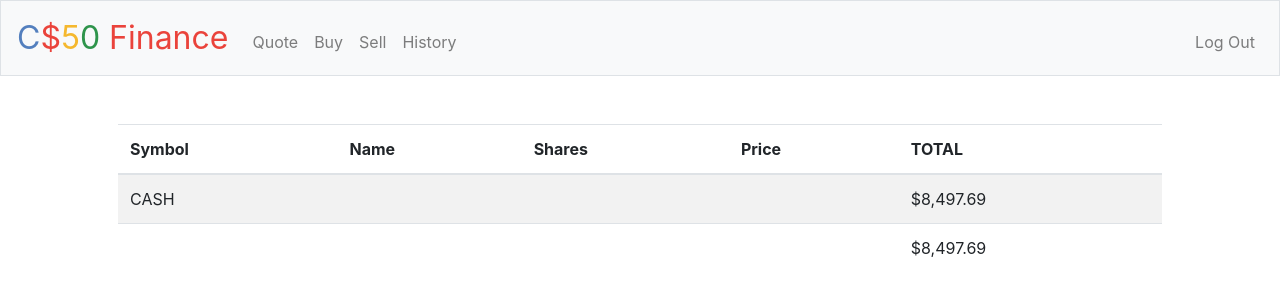
Repository: jpl0pes/cs50problems
Page: http://localhost/
The author's editor kept a record of every edit. The page is drawn from the files as they stood at one moment, then again after the next edit.
The browser window is 1280 px wide. The pictures show the whole page.
The page is served by the project's application, run on Flask 3 (pset9/finance/application.py). The session is filled in as if someone had signed in: {"user_id": 1}. The page reads the database file committed with the project.

Above is the page before.

### pset9/finance/templates/index.html
{% extends "layout.html" %}

{% block title %}
    Index
{% endblock %}

{% block main %}

    <table class="table table-striped" style="text-align: left;">
        <thead>
            <tr>
                <th>Symbol</th>
                <th>Name</th>
                <th>Shares</th>
                <th>Price</th>
                <th>TOTAL</th>
            </tr>
        </thead>
        <tfoot>
            <tr>
                <td colspan="4"></td>
                <td>{{ total_portfolio }}</td>
            </tr>
        </tfoot>
        <tbody>
            {% for holding in portfolio_list %}
            <tr>
                {% for item in holding.values() %}
                <td>{{ item }}</td>
                {% endfor %}
                <td>SELL BUTTON/td>
            </tr>
            {% endfor %}
            <tr>
                <td colspan="4">CASH</td>
                <td>{{cash}}</td>
            </tr>
        </tbody>
    </table>
{% endblock %}

### pset9/finance/templates/layout.html
<!DOCTYPE html>

<html lang="en">

    <head>

        <!-- Required meta tags -->
        <meta charset="utf-8">
        <meta name="viewport" content="width=device-width, initial-scale=1, shrink-to-fit=no">

        <!-- documentation at http://getbootstrap.com/docs/4.1/, alternative themes at https://bootswatch.com/ -->
        <link href="https://maxcdn.bootstrapcdn.com/bootstrap/4.1.3/css/bootstrap.min.css" rel="stylesheet">

        <!-- https://favicon.io/emoji-favicons/money-mouth-face/ -->
        <link href="/static/favicon.ico" rel="icon">

        <link href="/static/styles.css" rel="stylesheet">

        <script src="https://code.jquery.com/jquery-3.3.1.min.js"></script>
        <script src="https://cdnjs.cloudflare.com/ajax/libs/popper.js/1.14.3/umd/popper.min.js"></script>
        <script src="https://maxcdn.bootstrapcdn.com/bootstrap/4.1.3/js/bootstrap.min.js"></script>

        <title>C$50 Finance: {% block title %}{% endblock %}</title>

    </head>

    <body>

        <nav class="navbar navbar-expand-md navbar-light bg-light border">
            <a class="navbar-brand" href="/"><span class="blue">C</span><span class="red">$</span><span class="yellow">5</span><span class="green">0</span> <span class="red">Finance</span></a>
            <button aria-controls="navbar" aria-expanded="false" aria-label="Toggle navigation" class="navbar-toggler" data-target="#navbar" data-toggle="collapse" type="button">
                <span class="navbar-toggler-icon"></span>
            </button>
            <div class="collapse navbar-collapse" id="navbar">
                {% if session.user_id %}
                    <ul class="navbar-nav mr-auto mt-2">
                        <li class="nav-item"><a class="nav-link" href="/quote">Quote</a></li>
                        <li class="nav-item"><a class="nav-link" href="/buy">Buy</a></li>
                        <li class="nav-item"><a class="nav-link" href="/sell">Sell</a></li>
                        <li class="nav-item"><a class="nav-link" href="/history">History</a></li>
                    </ul>
                    <ul class="navbar-nav ml-auto mt-2">
                        <li class="nav-item"><a class="nav-link" href="/logout">Log Out</a></li>
                    </ul>
                {% else %}
                    <ul class="navbar-nav ml-auto mt-2">
                        <li class="nav-item"><a class="nav-link" href="/register">Register</a></li>
                        <li class="nav-item"><a class="nav-link" href="/login">Log In</a></li>
                    </ul>
                {% endif %}
            </div>
        </nav>

        {% if get_flashed_messages() %}
            <header>
                <div class="alert alert-primary border text-center" role="alert">
                    {{ get_flashed_messages() | join(" ") }}
                </div>
            </header>
        {% endif %}

        <main class="container p-5">
            {% block main %}{% endblock %}
        </main>

        <footer class="small text-center text-muted">
        </footer>

    </body>

</html>

### pset9/finance/application.py
import os

from cs50 import SQL
from flask import Flask, flash, jsonify, redirect, render_template, request, session
from flask_session import Session
from tempfile import mkdtemp
from werkzeug.exceptions import default_exceptions, HTTPException, InternalServerError
from werkzeug.security import check_password_hash, generate_password_hash

from helpers import apology, login_required, lookup, usd

# Configure application
app = Flask(__name__)

# Ensure templates are auto-reloaded
app.config["TEMPLATES_AUTO_RELOAD"] = True

# Ensure responses aren't cached
@app.after_request
def after_request(response):
    response.headers["Cache-Control"] = "no-cache, no-store, must-revalidate"
    response.headers["Expires"] = 0
    response.headers["Pragma"] = "no-cache"
    return response

# Custom filter
app.jinja_env.filters["usd"] = usd

# Configure session to use filesystem (instead of signed cookies)
app.config["SESSION_FILE_DIR"] = mkdtemp()
app.config["SESSION_PERMANENT"] = False
app.config["SESSION_TYPE"] = "filesystem"
Session(app)

# Configure CS50 Library to use SQLite database
db = SQL("sqlite:///finance.db")

# Make sure API key is set
##if not os.environ.get("API_KEY"):
    ##raise RuntimeError("API_KEY not set")

alert = "buy"

@app.route("/", methods=["GET","POST"])
@login_required
def index():
    """Show portfolio of stocks"""

    if request.method == "GET":
        portfolio_list= []

        ##Get all the Symbols and Names
        symbols_list = db.execute("SELECT DISTINCT(stock_symbol) FROM transactions WHERE user_id = :user_id",\
        user_id = session["user_id"])
        ##print(symbols_list)
        ##print(session["user_id"])
        ##print(len(symbols_list))

        ##Define total portfolio variable
        total_portfolio = 0

        ##Get quantity for each symbol and price
        for i in range(len(symbols_list)):

            ##get name
            list_name = db.execute("SELECT DISTINCT(stock_name) as 'name' FROM transactions WHERE user_id = :user_id AND stock_symbol = :stock_symbol",\
            user_id = session["user_id"], stock_symbol = symbols_list[i]["stock_symbol"])
            name = list_name[0]["name"]
            ##print(name, i)

            ##get quantity
            list_shares = db.execute("SELECT sum(stock_qty) as 'quantity' FROM transactions WHERE user_id = :user_id AND stock_symbol = :stock_symbol",\
            user_id = session["user_id"], stock_symbol = symbols_list[i]["stock_symbol"])
            shares = list_shares[0]["quantity"]

            ##get prices & Total
            price = lookup(symbols_list[i]["stock_symbol"])["price"]
            total = price * shares
            total_portfolio = total_portfolio + total

            ##put in list
            if shares != 0:
                portfolio_list.append( {
                    "symbol": symbols_list[i]["stock_symbol"],
                    "name": name,
                    "shares": shares,
                    "price": usd(price),
                    "total": usd(total)
            }
            )

        cash = db.execute("SELECT cash FROM users WHERE id= :id", id = session["user_id"])[0]["cash"]
        total_portfolio = total_portfolio + cash

        ##print(cash)
        ##print(portfolio_list)
        ##print(total_portfolio)
        return render_template("index.html",portfolio_list = portfolio_list, cash = usd(cash), total_portfolio = usd(total_portfolio))


        ##Update Users Table
        db.execute("UPDATE users SET cash = :cash WHERE id = :user_id", cash = cash + total, user_id = session["user_id"])
        flash("Sold!")
        return redirect("/")

        ##return apology("TODO INDEX")


@app.route("/buy", methods=["GET", "POST"])
@login_required
def buy():
    """Buy shares of stock"""
    if request.method == "GET":
        return render_template("buy.html")
    else:
        # Ensure symbol was submitted
        if not request.form.get("symbol"):
            return apology("must provide valid symbol", 403)
        # Ensure quantity was submitted
        elif not request.form.get("quantity"):
            return apology("must provide valid number of shares", 403)


        ##get symbol and lookup on the API
        symbol = request.form.get("symbol")
        stockarr = lookup(symbol)

        ##hanlde if lookup return none
        if stockarr == None:
            return apology("Invalid Symbol of Stock")

        ##Check how much is the purchase
        quantity = float(request.form.get("quantity"))
        price = float(stockarr["price"])
        total = price * quantity
        name = stockarr["name"]

        ##Check if the user has enought cash
        tmplist = db.execute("SELECT cash FROM users WHERE id = ?",session["user_id"])
        user_cash = tmplist[0]["cash"]

        if user_cash > total:
            ##Insert Transactions into Tx table
            db.execute (
                "INSERT INTO transactions (user_id, stock_symbol, stock_name, stock_price, stock_qty)\
                VALUES(:user_id, :stock_symbol, :stock_name, :stock_price, :stock_qty)",\
                user_id = session["user_id"], stock_symbol = symbol, stock_name = name, stock_price = price, stock_qty = quantity
            )

            ##Update Users Table
            db.execute("UPDATE users SET cash = :cash WHERE id = :user_id", cash = user_cash - total, user_id = session["user_id"])

            ##Need to add the alert that is bought!
            flash("Bought!")
            return redirect("/")

        else:
            return apology("Not enough $$$")

    ##return apology("TODO")


@app.route("/history")
@login_required
def history():
    """Show history of transactions"""

    transaction_list = db.execute("SELECT stock_symbol, stock_qty, stock_price, timestamp FROM transactions WHERE user_id = :user_id",\
    user_id = session["user_id"])
    ##print(transaction_list)
    return render_template("history.html", transaction_list = transaction_list)



    ##return apology("TODO History PAge")


@app.route("/login", methods=["GET", "POST"])
def login():
    """Log user in"""

    # Forget any user_id
    session.clear()

    # User reached route via POST (as by submitting a form via POST)
    if request.method == "POST":

        # Ensure username was submitted
        if not request.form.get("username"):
            return apology("must provide username", 403)

        # Ensure password was submitted
        elif not request.form.get("password"):
            return apology("must provide password", 403)

        # Query database for username
        rows = db.execute("SELECT * FROM users WHERE username = :username",
                          username=request.form.get("username"))

        # Ensure username exists and password is correct
        if len(rows) != 1 or not check_password_hash(rows[0]["hash"], request.form.get("password")):
        ##if len(rows) != 1 or rows[0]["hash"] != request.form.get("password"):
            return apology("invalid username and/or password", 403)

        # Remember which user has logged in
        session["user_id"] = rows[0]["id"]

        # Redirect user to home page
        return redirect("/")

    # User reached route via GET (as by clicking a link or via redirect)
    else:
        return render_template("login.html")


@app.route("/logout")
def logout():
    """Log user out"""

    # Forget any user_id
    session.clear()

    # Redirect user to login form
    return redirect("/")


@app.route("/quote", methods=["GET", "POST"])
@login_required
def quote():
    """Get stock quote."""
    if request.method == "GET":
        return render_template("quote.html")
    else:

        ##get symbol and lookup on the API
        symbol = request.form.get("symbol")
        stockarr = lookup(symbol)

        ##hanlde if lookup return none
        if stockarr == None:
            return apology("Invalid Symbol of Stock")

        ##Need to update the page to disappear the form and only have a sentence
        ## "A share of NAME (STOCK SYMBOL) costs PRICE"
        quote = "A share of {} ({}) costs ${}.".format(stockarr["name"],stockarr["symbol"] , stockarr["price"])
        return render_template("quoted.html", quote = quote)

    ##return apology("TODO QUOTE PAGE")


@app.route("/register", methods=["GET", "POST"])
def register():
    """Register user"""
    if request.method == "GET":
        return render_template("register.html")
    else:
        # Ensure username was submitted
        if not request.form.get("username"):
            return apology("must provide username", 403)
        # Ensure password was submitted
        elif not request.form.get("password"):
            return apology("must provide password", 403)

        # Query database for username
        rows = db.execute("SELECT * FROM users WHERE username = :username",username=request.form.get("username"))

        # Ensure username does not exist
        if len(rows) != 0:
            return apology("username already exists", 403)

        username = request.form.get("username")
        password = generate_password_hash(request.form.get("password"))
        db.execute("INSERT INTO users (username, hash) VALUES (:username, :password)", username=username, password=password)

        # Remember which user has logged in
        rows = db.execute("SELECT * FROM users WHERE username = :username",username=request.form.get("username"))
        session["user_id"] = rows[0]["id"]

        # Redirect user to home page
        return redirect("/")

    ##return apology("TODO")


@app.route("/sell", methods=["GET", "POST"])
@login_required
def sell():
    """Sell shares of stock"""
    if request.method == "GET":
        return render_template("sell.html")
    else:
         # Ensure symbol was submitted
        if not request.form.get("symbol"):
            return apology("must provide valid symbol", 403)
        # Ensure quantity was submitted
        elif not request.form.get("quantity"):
            return apology("must provide valid number of shares", 403)


        ##get symbol and lookup on the API
        symbol = request.form.get("symbol")
        stockarr = lookup(symbol)

        ##hanlde if lookup return none
        if stockarr == None:
            return apology("Invalid Symbol of Stock")

        ##Check how much is the purchase
        quantity = float(request.form.get("quantity"))
        price = float(stockarr["price"])
        total = price * quantity
        name = stockarr["name"]

        ##Check if user has enough shares:
        tmpshares_list = db.execute("SELECT sum(stock_qty) as 'current_shares' FROM transactions WHERE user_id = :user_id AND stock_symbol= :stock_symbol",\
        user_id = session["user_id"], stock_symbol = symbol)
        current_shares = tmpshares_list[0]["current_shares"]
        ##print(tmpshares_list)
        ##print(current_shares)

        ##Fetch User Cash
        tmplist = db.execute("SELECT cash FROM users WHERE id = ?",session["user_id"])
        user_cash = tmplist[0]["cash"]

        if quantity <= current_shares:
            ##Insert Transactions into Tx table
            db.execute (
                "INSERT INTO transactions (user_id, stock_symbol, stock_name, stock_price, stock_qty)\
                VALUES(:user_id, :stock_symbol, :stock_name, :stock_price, :stock_qty)",\
                user_id = session["user_id"], stock_symbol = symbol, stock_name = name, stock_price = price, stock_qty = - quantity
            )


            ##Update Users Table
            db.execute("UPDATE users SET cash = :cash WHERE id = :user_id", cash = user_cash + total, user_id = session["user_id"])
            flash("Sold!")
            return redirect("/")
        else:
            return apology("You don't have that enough shares to sell")

    ##return apology("TODO SELL PAGe")


def errorhandler(e):
    """Handle error"""
    if not isinstance(e, HTTPException):
        e = InternalServerError()
    return apology(e.name, e.code)


# Listen for errors
for code in default_exceptions:
    app.errorhandler(code)(errorhandler)

### pset9/finance/helpers.py
import os
import requests
import urllib.parse

from flask import redirect, render_template, request, session
from functools import wraps


def apology(message, code=400):
    """Render message as an apology to user."""
    def escape(s):
        """
        Escape special characters.

        https://github.com/jacebrowning/memegen#special-characters
        """
        for old, new in [("-", "--"), (" ", "-"), ("_", "__"), ("?", "~q"),
                         ("%", "~p"), ("#", "~h"), ("/", "~s"), ("\"", "''")]:
            s = s.replace(old, new)
        return s
    return render_template("apology.html", top=code, bottom=escape(message)), code


def login_required(f):
    """
    Decorate routes to require login.

    http://flask.pocoo.org/docs/1.0/patterns/viewdecorators/
    """
    @wraps(f)
    def decorated_function(*args, **kwargs):
        if session.get("user_id") is None:
            return redirect("/login")
        return f(*args, **kwargs)
    return decorated_function


def lookup(symbol):
    """Look up quote for symbol."""

    # Contact API
    try:
        api_key = "pk_93f85ef40d864d9f93d38e8bce7111b1"
        response = requests.get(f"https://cloud-sse.iexapis.com/stable/stock/{urllib.parse.quote_plus(symbol)}/quote?token={api_key}")
        response.raise_for_status()
    except requests.RequestException:
        return None

    # Parse response
    try:
        quote = response.json()
        return {
            "name": quote["companyName"],
            "price": float(quote["latestPrice"]),
            "symbol": quote["symbol"]
        }
    except (KeyError, TypeError, ValueError):
        return None


def usd(value):
    """Format value as USD."""
    return f"${value:,.2f}"

### pset9/finance/finance.db (the tables this page reads, as SQL)
CREATE TABLE 'transactions' (
'timestamp' DATETIME DEFAULT CURRENT_TIMESTAMP,
'tx_id' INTEGER PRIMARY KEY AUTOINCREMENT NOT NULL,
'user_id' TEXT NOT NULL,
'stock_symbol' TEXT NOT NULL,
'stock_name' TEXT NOT NULL,
'stock_price' NUMERIC NOT NULL,
'stock_qty' NUMERIC NOT NULL);
INSERT INTO "transactions" VALUES
('2020-03-28 09:18:27', 1, '4', 'AAPL', 'Apple, Inc.', 247.74, 10),
('2020-03-28 09:18:51', 2, '4', 'AAPL', 'Apple, Inc.', 247.74, 10),
('2020-03-28 09:19:59', 3, '4', 'AAPL', 'Apple, Inc.', 247.74, 10),
('2020-03-28 09:20:33', 4, '4', 'AAPL', 'Apple, Inc.', 247.74, 10),
('2020-03-28 09:22:20', 5, '4', 'AAPL', 'Apple, Inc.', 247.74, -30),
('2020-03-28 09:24:07', 6, '4', 'ZM', 'Zoom Video Communications, Inc.', 151.7, 50),
('2020-03-28 09:24:56', 7, '4', 'ZM', 'Zoom Video Communications, Inc.', 151.7, -50),
('2020-03-28 09:33:17', 8, '4', 'AAPL', 'Apple, Inc.', 247.74, -10),
('2020-03-28 10:13:36', 9, '4', 'ZM', 'Zoom Video Communications, Inc.', 151.7, 10),
('2020-03-28 10:15:15', 10, '4', 'ZM', 'Zoom Video Communications, Inc.', 151.7, -10),
('2020-03-28 10:20:07', 11, '4', 'AAPL', 'Apple, Inc.', 247.74, 10),
('2020-03-28 10:20:18', 12, '4', 'AAPL', 'Apple, Inc.', 247.74, -10),
('2020-03-28 12:43:16', 13, '9', 'FB', 'Facebook, Inc.', 156.79, 10),
('2020-03-28 12:44:10', 14, '9', 'FB', 'Facebook, Inc.', 156.79, -5),
('2020-03-28 13:15:02', 15, '4', 'AAPL', 'Apple, Inc.', 247.74, 1),
('2020-03-28 13:43:39', 16, '4', 'AAPL', 'Apple, Inc.', 247.74, -1),
('2020-03-28 13:46:13', 17, '4', 'AAPL', 'Apple, Inc.', 247.74, 1),
('2020-03-28 13:47:25', 18, '4', 'AAPL', 'Apple, Inc.', 247.74, -1),
('2020-03-28 14:12:10', 19, '4', 'AAPL', 'Apple, Inc.', 247.74, 1);

CREATE TABLE 'users' ('id' INTEGER PRIMARY KEY AUTOINCREMENT NOT NULL, 'username' TEXT NOT NULL, 'hash' TEXT NOT NULL, 'cash' NUMERIC NOT NULL DEFAULT 10000.00 );
INSERT INTO "users" VALUES
(1, 'alpha', 'omega', 8497.69),
(2, 'bravo', 'zulu', 8497.69),
(3, 'Charlie', 'foxtrot', 8497.69),
(4, 'delta', 'pbkdf2:sha256:150000$XceJnc3P$54758024552de1de9a305ef891c6c0ed23915e98ffcc7dd299c6e74bb6553d5a', 11981.92),
(8, 'covid19', 'pbkdf2:sha256:150000$L7USmnLo$e87e3c8ceca7819be928cd172f4a2c8bb01c98024effaa69e2885a2132a4cd14', 8497.69),
(9, 'ines', 'pbkdf2:sha256:150000$6xOZTB8V$b7cd3137049439221a1598448596bac4361e0f97d12adaee6fd23f66845a9b6b', 9.21605000000000109e+03);

Loaded but not shown: pset9/finance/static/styles.css (common file)

After the next edit:
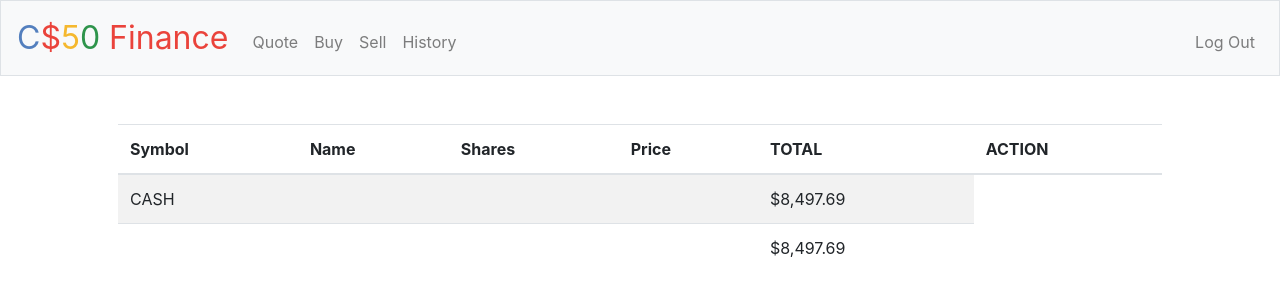
The edit:
--- a/pset9/finance/templates/index.html
+++ b/pset9/finance/templates/index.html
@@ -14,6 +14,7 @@
                 <th>Shares</th>
                 <th>Price</th>
                 <th>TOTAL</th>
+                <th>ACTION</th>
             </tr>
         </thead>
         <tfoot>

After the 5 edits that followed:
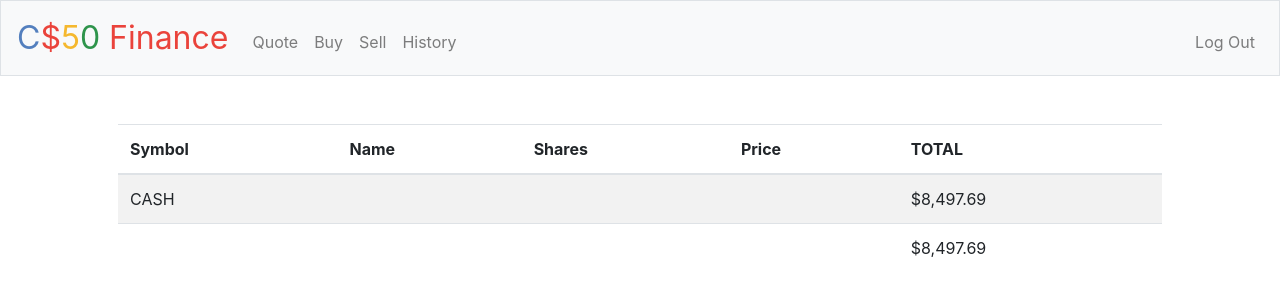
The 5 edits are shown as one change because 4 left the picture as it was.
The edit:
--- a/pset9/finance/templates/index.html
+++ b/pset9/finance/templates/index.html
@@ -14,7 +14,9 @@
                 <th>Shares</th>
                 <th>Price</th>
                 <th>TOTAL</th>
+                {% if portfolio_list != [] %}
                 <th>ACTION</th>
+                {% endif %}
             </tr>
         </thead>
         <tfoot>
@@ -29,7 +31,14 @@
                 {% for item in holding.values() %}
                 <td>{{ item }}</td>
                 {% endfor %}
-                <td>SELL BUTTON/td>
+                <td>
+                    <form action="/sell" method="POST">
+                        <input type = "hidden" name = "symbol" value = "{{holding['symbol']}}" />
+                        <input type = "hidden" name = "quantity" value = "{{holding['shares']}}" />
+                        <input type = "hidden" name = "name" value = "{{holding['name']}}" />
+                        <button class="btn btn-primary" type="submit" style="text-align:center">Sell</button>
+                    </form>
+                </td>
             </tr>
             {% endfor %}
             <tr>
